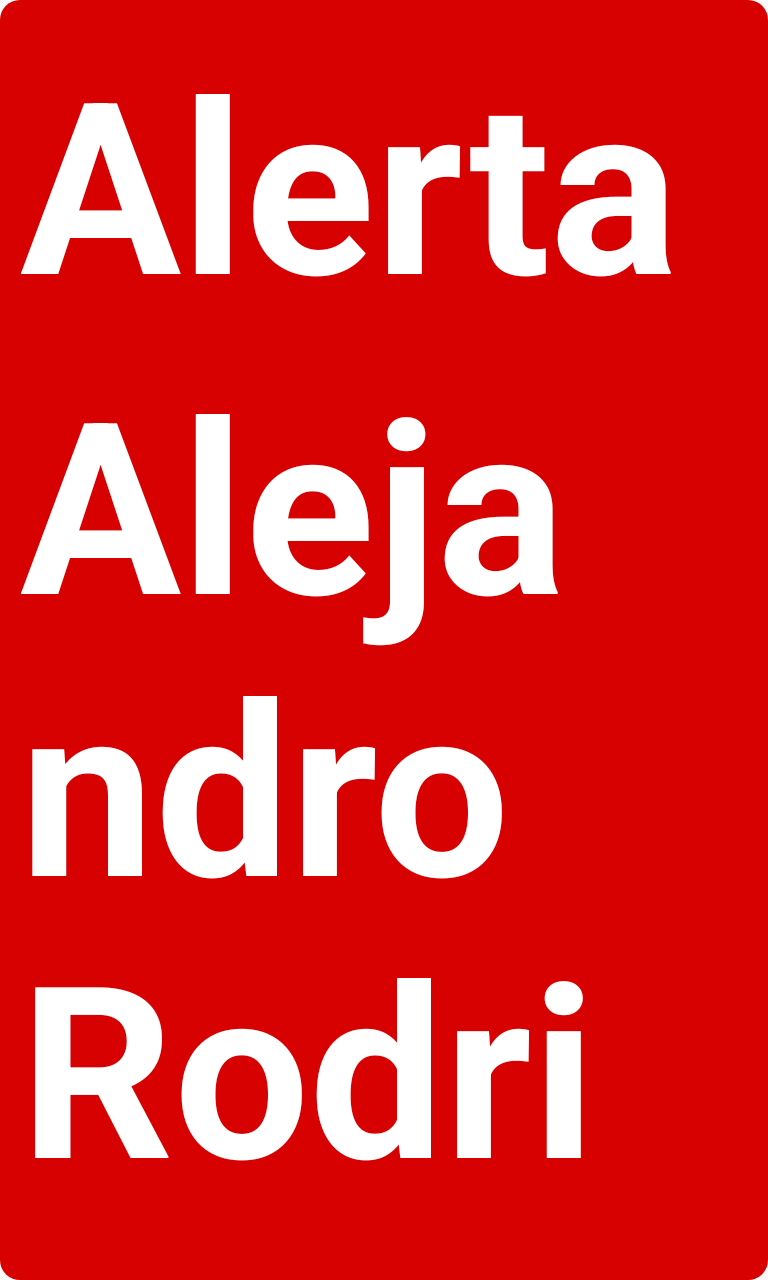
Repository: arodriguezp2003/aqandroid
Layout: Validador/res/layout/alerta_error.xml
The author's editor kept a copy of each file at every save. The layout is drawn from the files as they stood at one save, then again after the next save.
It is drawn on a 768 x 1280 px phone screen (xhdpi) without system bars, with theme AppTheme; the app's code is not run.

Above is the layout before, as saved 2014-07-10 16:21:04.

After the next save:
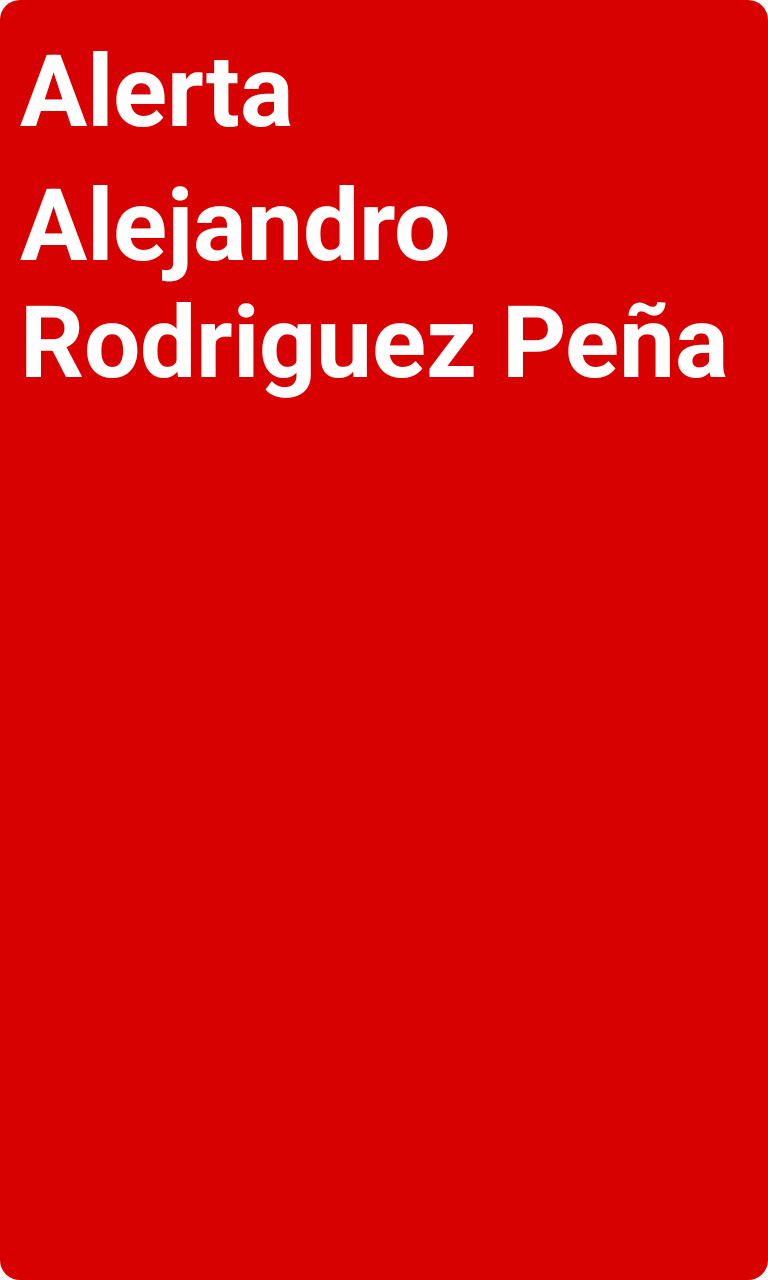
Saved 35 s later.
--- a/Validador/res/layout/alerta_error.xml
+++ b/Validador/res/layout/alerta_error.xml
@@ -14,7 +14,7 @@
         android:text="Alerta"
         android:textStyle="bold"
         android:textColor="#FFFFFF"
-        android:textSize="120dp"/>
+        android:textSize="50dp"/>
 
     <TextView
         android:id="@+id/aerName"
@@ -23,6 +23,6 @@
         android:text="Alejandro Rodriguez Peña"
         android:textStyle="bold"
         android:textColor="#FFFFFF"
-        android:textSize="120dp"/>
+        android:textSize="50dp"/>
 
 </LinearLayout>
